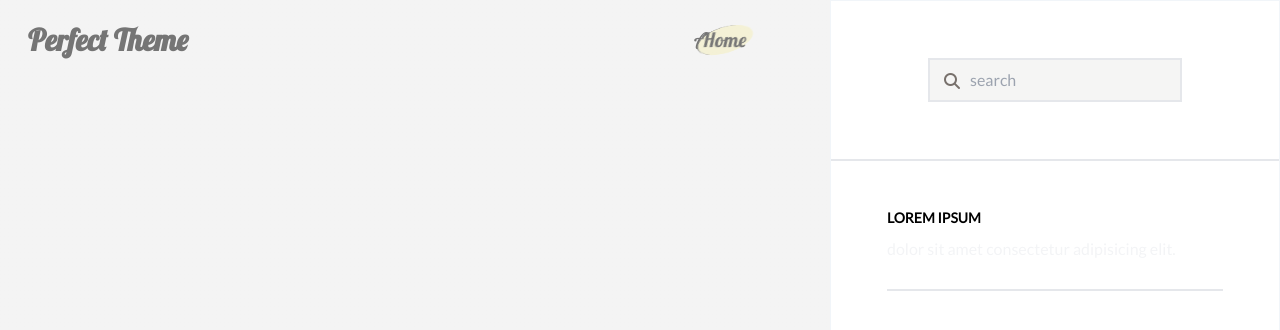
Repository: hsumyatm7308/laravel-blog
Page: blogweb/resources/views/blog/headerlayout.html
An editor plug-in stored every save of this project. The page is shown before and after the next save, followed by the edit.
The browser window is 1280 px wide. The pictures show the whole page.
Some web libraries are served in a nearby version.

Above is the page before, as saved 2023-09-04 19:19:29.

### blogweb/resources/views/blog/headerlayout.html
<!DOCTYPE html>
<html>

<head>
    <title>@yield('title')</title>
    <script src="https://cdn.tailwindcss.com"></script>
    <link rel="stylesheet" href="https://cdnjs.cloudflare.com/ajax/libs/font-awesome/6.4.2/css/all.min.css">

</head>
<style>
    /* for nav  */
    @import url('https://fonts.googleapis.com/css2?family=Lobster&display=swap');
    /* for body  */
    @import url('https://fonts.googleapis.com/css2?family=Lato&display=swap');


    body {
        font-family: 'Lato', sans-serif;
    }

    nav {
        font-family: 'Lobster', cursive;
    }


    .container {
        width: 80%;
        height: auto;
        /* background-color: antiquewhite; */

        display: flex;
        justify-content: center;
        align-items: center;

        position: relative;


    }

    .navlabel {
        position: relative;
        /* background-color: aqua; */
    }

    .lictn {
        position: relative;
    }

    .skewtextctn,
    .skewtextctn2 {
        width: 50px;
        height: 30px;
        border-radius: 100%;
        border-left: 1px solid black;

        position: fixed;
        top: 25px;




        transform: skew(-40deg);

    }

    .skewtextctn {
        left: 700px;
    }

    .skewtextctn2 {
        left: 800px;
    }



    .article {
        position: fixed;
        left: 1px;

        top: 1px;
        transform: skew(40deg);

    }

    .skewtextctn:hover,
    .skewtextctn2:hover {
        transition: all .5s;
        background-color: rgb(51 65 85);
    }

    .skewtextctn:hover .article,
    .skewtextctn2:hover .article {
        color: #000;
    }
</style>

<body class="bg-[#ffff]">
    <nav class="w-[100vw] flex justify-center items-center">
        <h1 class="text-3xl font-semibold">Perfect Theme</h1>

        <div class="w-[80%] h-20 flex justify-center items-center container">
            <div class="flex justify-between items-center list-none navlabel">
                <li class="p-5 mr-4 lictn">
                    <div class="bg-yellow-100 skewtextctn">
                        <a href="" class="text-xl text-black article">Home</a>
                    </div>
                </li>

                <li class="p-5 mr-4">
                    <div class=" active">
                        <a href="" class="text-xl text-black ">Article</a>
                    </div>
                </li>
            </div>


        </div>

        <div class=" menu ">
            <span class="text-xs flex justify-center items-center flex-col">
                <div class="w-10 h-[2px] bg-black"></div>
                <span class="p-1 hover:self-end hover:text-yellow-500"> menu</span>
                <div class="w-10 h-[2px] bg-black font-semibold"></div>
            </span>
        </div>
    </nav>



    <div
        class="menu-modal w-screen bg-[linear-gradient(rgba(233,233,233,.5),rgba(233,233,233,.5))] h-screen absolute left-0 top-0">
        <div class="w-[450px] h-[100vh] bg-white absolute right-0 top-0 border border-slate-100">

            <div class="w-full h-40 border-b border-b-2 flex justify-center items-center">
                <form action="" method="post" class="relative">
                    <i class="fa-solid fa-magnifying-glass text-stone-500 absolute left-4 top-[15px]"></i>
                    <input type="search"
                        class="border-2 px-8 py-2 pl-10 bg-stone-100 font-thin focus:outline-none	focus:border focus:border-amber-300 focus:ring-1 focus:ring-amber-100"
                        placeholder="search">
                </form>
            </div>


            <div>
                <div class="px-14 py-4">
                    <li class="list-none border-b-2 py-7">
                        <a href="" class="uppercase text-sm font-semibold">Lorem ipsum</a>
                        <p class="text-gray-100 mt-2">dolor sit amet consectetur adipisicing elit.</p>

                    </li>
                </div>
            </div>

        </div>

    </div>


    <script>
        var menu = document.querySelector('.menu');
        menu.addEventListener('click', function () {

        })
    </script>
</body>

</html>

After the next save:
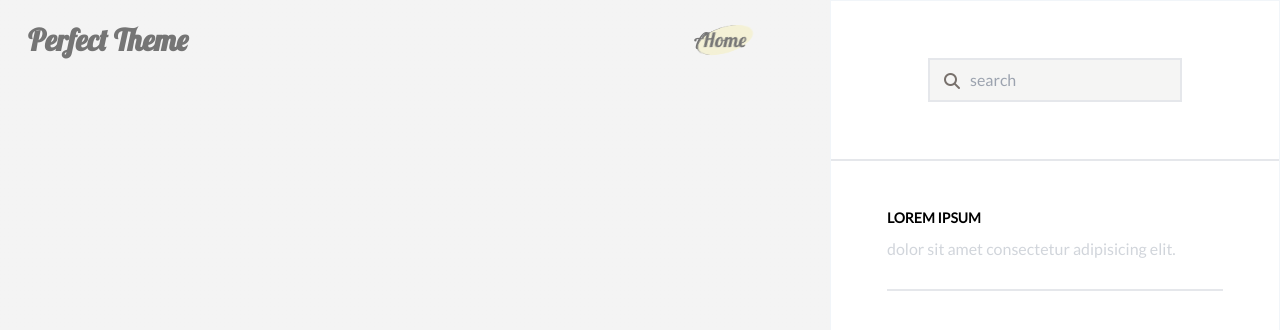
Saved 7 s later.
--- a/blogweb/resources/views/blog/headerlayout.html
+++ b/blogweb/resources/views/blog/headerlayout.html
@@ -145,7 +145,7 @@
                 <div class="px-14 py-4">
                     <li class="list-none border-b-2 py-7">
                         <a href="" class="uppercase text-sm font-semibold">Lorem ipsum</a>
-                        <p class="text-gray-100 mt-2">dolor sit amet consectetur adipisicing elit.</p>
+                        <p class="text-gray-300 mt-2">dolor sit amet consectetur adipisicing elit.</p>
 
                     </li>
                 </div>
